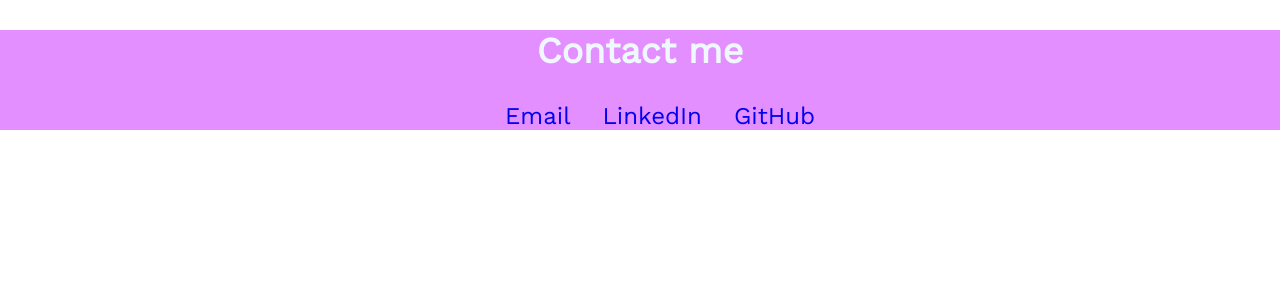
Repository: BAAMOSK/my-portfolio
Page: index.html
An editor plug-in stored every save of this project. The page is shown before and after the next save, followed by the edit.
The browser window is 1280 px wide. The pictures show the whole page.
Some web libraries are served in a nearby version.

Above is the page before, as saved 2017-06-06 23:41:42.

### index.html
<!doctype HTML>
<html lang="en">
<head>
  <meta charset="utf-8">
  <meta name="viewport" content="width=device-width, initial-scale=1">
  <title>Tee Mak</title>
  <link href="https://fonts.googleapis.com/css?family=Work+Sans" rel="stylesheet">
  <link rel="stylesheet" href="styles.css">
</head>
<body id='root'>
  <script src="https://ajax.googleapis.com/ajax/libs/jquery/3.2.1/jquery.min.js"></script>
  <script src="app.js"></script>
</body>
</html>

### styles.css

body {
	margin: 0;
	padding: 0;
	border: 0;
	font-size: 1.5em;
	font-family: 'Work Sans', sans-serif;
	color: aliceblue;
}

header {
	text-align: center;
}

.bio {
	position: fixed;
	height: 100%;
	width: 100%;
	background: #765BE8;
}

.work-bg {
	position: fixed;
	height: 100%;
	background: #709DFF;
}

#contact {
	height: 100%;
	background: #E38FFF;
}

.showcase {
	width: 50%;
	margin: 0 auto;
	text-align: center;
}

.name {
	margin-top: 120px;
}

.headshot {
	border-radius: 50%;
}

.main-nav ul, .contact-links ul, .project-links ul {
	margin: 25px;
	list-style: none;
	display: flex;
	justify-content: center;
}

.main-nav ul li a, .contact-links ul li a, .project-links ul li a {
	margin: 0 16px;
	text-decoration: none;
}

#about {
	width: 65%;
	margin: 15px auto;
}

.work {
	width: 50%;
	margin: 0 auto;
}

h2, h3 {
	text-align: center;
}

.project {
	width: 100%;
}

.images {
	margin: 0 126px;
}

.primary-projects, .ancillary-projects {
	display: flex;
	justify-content: space-around;
}

.project-stack {
	list-style: none;
	text-align: center;
}

.project-description {
	width: 100%;
	text-align: center;
}

### app.js
const greeting = 'Hi! My name is Tee. Like what you see? Contact me @ bunth667@gmail.com.';

$(document).ready(function() {
  console.log(greeting);
  $('#root').html(state.templates[2]);
});


const main = `<header class="bio">
                <div class="showcase">
                  <h1 class="name">
                    Tee Mak
                  </h1>
                  <nav class="main-nav">
                    <ul>
                      <li class="main-nav-link"><a href="#work">Portfolio</a></li>
                      <li class="main-nav-link"><a href="#contact">Contact</a></li>
                    </ul>
                  </nav>
                  <img class="headshot" src="http://unsplash.it/150/150" alt="J. Random Hacker headshot">
                    <p class="about" id="about">
                      Hi. My name is Tee. I'm a polymath. Ask me anything about casinos, trading, or programming. I'm a Vim user, so navigate using the arrow keys.
                    </p>
                  <nav class="contact-links">
                    <ul>
                      <li class="contact-link contact-link-email"><a href="mailto:jrandomhacker@example.com">Email</a></li>
                      <li class="contact-link contact-link-linkedin"><a href="https://www.linkedin.com">LinkedIn</a></li>
                      <li class="contact-link contact-link-github"><a href="https://www.github.com">GitHub</a></li>
                    </ul>
                  </nav>
                </div>
              </header>`;

const portfolio = `<section class="work-bg" id="work">
                    <div class="work">
                      <h2>Portfolio</h2>
                      <div class="primary-projects">
                        <section class="project">
                          <h3>Regulator</h3>
                            <div class="images">
                              <img class="project-image" src="http://unsplash.it/350/150?random&amp;bust=1" alt="Frobnicator screenshot">
                            </div>
                          <p class="project-description">
                            Lorem Ipsum is simply dummy text of the printing and typesetting industry. Lorem Ipsum has been the industry's standard dummy
                            text ever since the 1500s, when an unknown printer took a galley of type and scrambled it to make a type
                            specimen book.
                          </p>
                          <ul class="project-stack">
                            <li class="project-stack-item">
                              React
                            </li>
                            <li class="project-stack-item">
                            Redux
                            </li>
                            <li class="project-stack-item">
                            Node.js
                            </li>
                          </ul>
                          <nav class="project-links">
                            <ul>
                              <li class="project-link project-link-live">
                                <a href="#">Live demo</a>
                              </li>
                              <li class="project-link project-link-github">
                                <a href="#">Source code</a>
                              </li>
                            </ul>
                          </nav>
                        </section>
                        <section class="project">
                          <h3>FooBar</h3>
                            <div class="images">
                              <img class="project-image" src="http://unsplash.it/350/150?random&amp;bust=2" alt="FooBar screenshot">
                            </div>
                            <p class="project-description">
                              A foo which allows you to bar other bazes.
                            </p>
                            <ul class="project-stack">
                              <li class="project-stack-item">
                                React
                              </li>
                              <li class="project-stack-item">
                                Redux
                              </li>
                              <li class="project-stack-item">
                                Node.js
                              </li>
                            </ul>
                          <nav class="project-links">
                            <ul>
                              <li class="project-link project-link-live">
                                <a href="#">Live demo</a>
                              </li>
                              <li class="project-link project-link-github">
                                <a href="#">Source code</a>
                              </li>
                            </ul>
                          </nav>
                        </section>
                      </div>
                      <div class="ancillary-projects">
                        <section class="project">
                          <h3>AliceBob</h3>
                          <div class="images">
                            <img class="project-image" src="http://unsplash.it/350/150?random&amp;bust=3" alt="AliceBob screenshot">
                          </div>
                          <p class="project-description">
                            An Alice which allows you to Bob other Eves.
                          </p>
                          <ul class="project-stack">
                            <li class="project-stack-item">
                              React
                            </li>
                            <li class="project-stack-item">
                              Redux
                            </li>
                            <li class="project-stack-item">
                              Node.js
                            </li>
                          </ul>
                          <nav class="project-links">
                            <ul>
                            <li class="project-link project-link-live">
                                <a href="#">Live demo</a>
                            </li>
                            <li class="project-link project-link-github">
                                <a href="#">Source code</a>
                            </li>
                            </ul>
                          </nav>
                        </section>
                      <section class="project">
                        <h3>Wibble</h3>
                          <div class="images">
                            <img class="project-image" src="http://unsplash.it/350/150?random&amp;bust=4" alt="Wibble screenshot">
                          </div>
                          <p class="project-description">
                            A wibble which allows you to wobble other wubbles.
                          </p>
                        <ul class="project-stack">
                          <li class="project-stack-item">
                            React
                          </li>
                          <li class="project-stack-item">
                            Redux
                          </li>
                          <li class="project-stack-item">
                            Node.js
                          </li>
                        </ul>
                        <nav class="project-links">
                          <ul>
                            <li class="project-link project-link-live">
                              <a href="#">Live demo</a>
                            </li>
                            <li class="project-link project-link-github">
                              <a href="#">Source code</a>
                            </li>
                          </ul>
                        </nav>
                      </div>
                    </section>
                  </div>
                </section>`;

const contact = `<section class="contact-bg" id="contact">
                  <div class="contact">
                    <h2>
                      Contact me
                    </h2>
                    <nav class="contact-links">
                      <ul>
                        <li class="contact-link contact-link-email"><a href="mailto:jrandomhacker@example.com">Email</a>
                        <li class="contact-link contact-link-linkedin"><a href="https://www.linkedin.com">LinkedIn</a>
                        <li class="contact-link contact-link-github"><a href="https://www.github.com">GitHub</a>
                      </ul>
                    </nav>
                  </div>
                </section>`;

const state = {
  templates: [main, portfolio, contact]
}

After the next save:
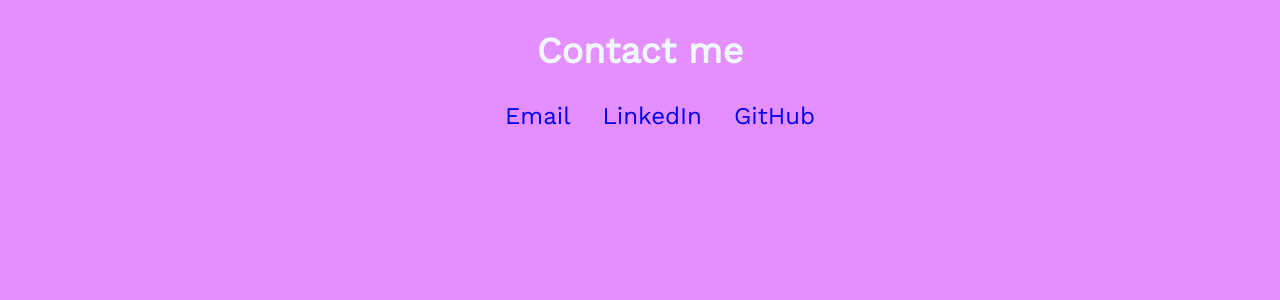
Saved 17 s later.
--- a/styles.css
+++ b/styles.css
@@ -26,7 +26,9 @@
 }
 
 #contact {
+	position: fixed;
 	height: 100%;
+	width: 100%;
 	background: #E38FFF;
 }
 

After the save that followed:
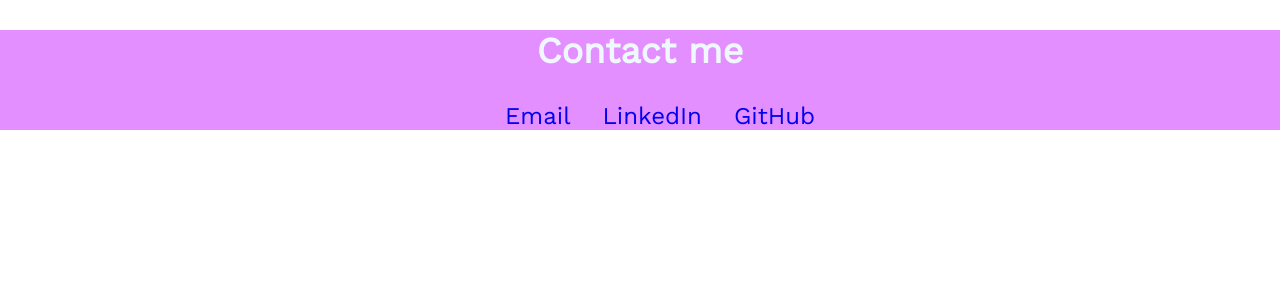
Saved 6 s later.
--- a/styles.css
+++ b/styles.css
@@ -26,7 +26,7 @@
 }
 
 #contact {
-	position: fixed;
+	/*position: fixed;*/
 	height: 100%;
 	width: 100%;
 	background: #E38FFF;
